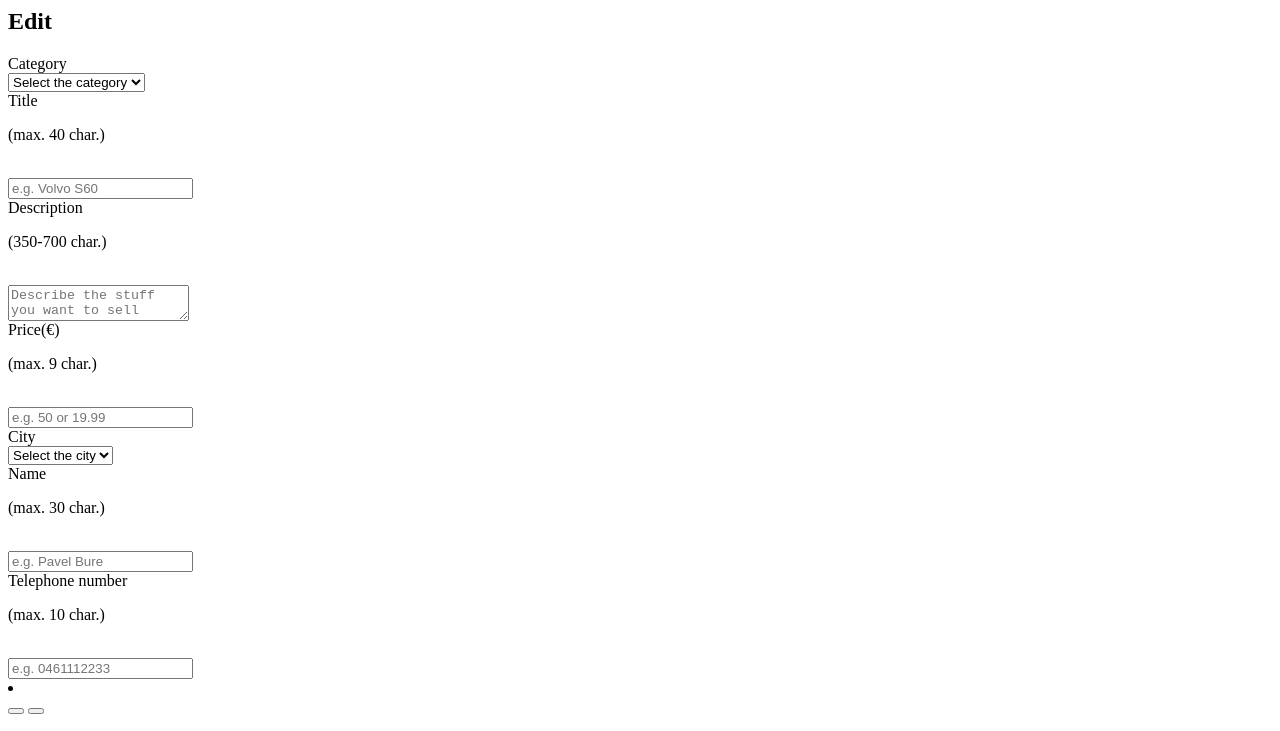
Repository: aidarm/Tori_II
Page: public/js/app/views/edit.html
The author's editor kept a record of every edit. The page is drawn from the files as they stood at one moment, then again after the next edit.
The browser window is 1280 px wide. The pictures show the whole page.

Above is the page before.

After the next edit:
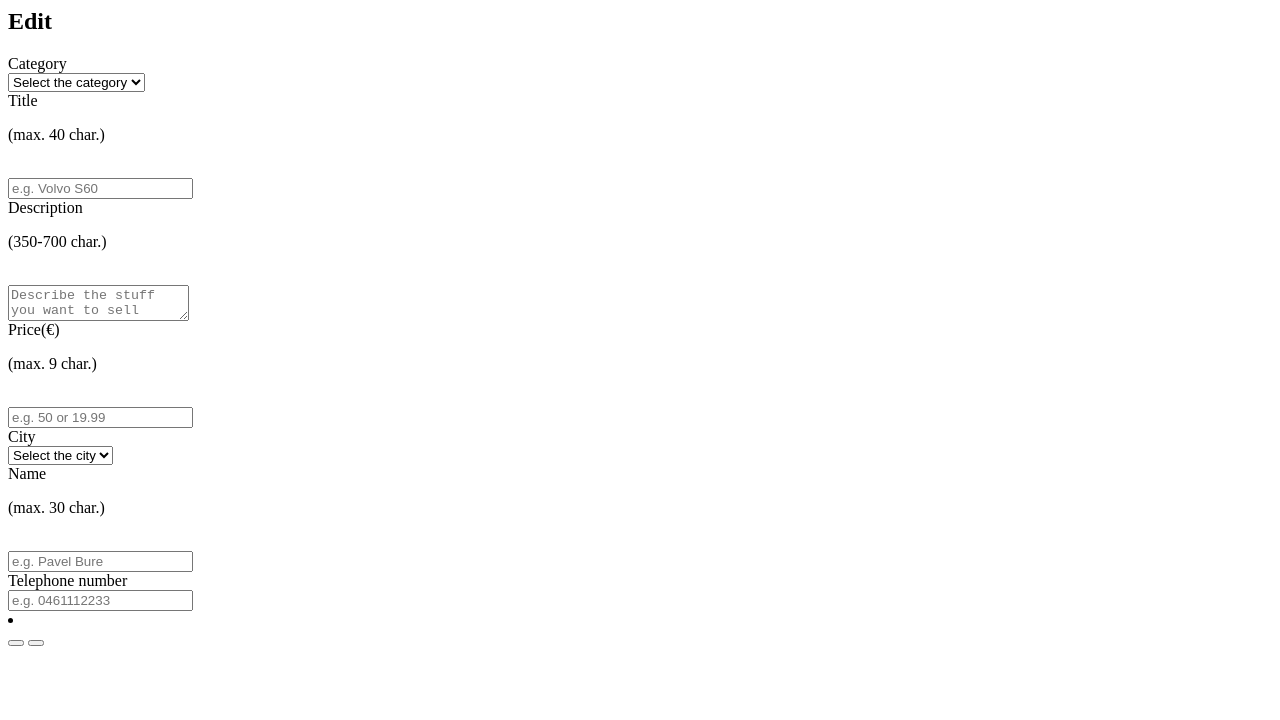
The edit:
--- a/public/js/app/views/edit.html
+++ b/public/js/app/views/edit.html
@@ -27,7 +27,7 @@
         </div>
         <label>Name</label><p> (max. 30 char.)</p><br/>
         <input type="text" class="formTitle" placeholder="e.g. Pavel Bure" data-ng-model="form.name" maxlength="30"/ required><br/>
-        <label>Telephone number</label><p> (max. 10 char.)</p><br/>
+        <label>Telephone number</label><br/>
         <input type="text" class="formTitle" placeholder="e.g. 0461112233" data-ng-model="form.phone" maxlength="10" required/><br/>
 
     </div>
